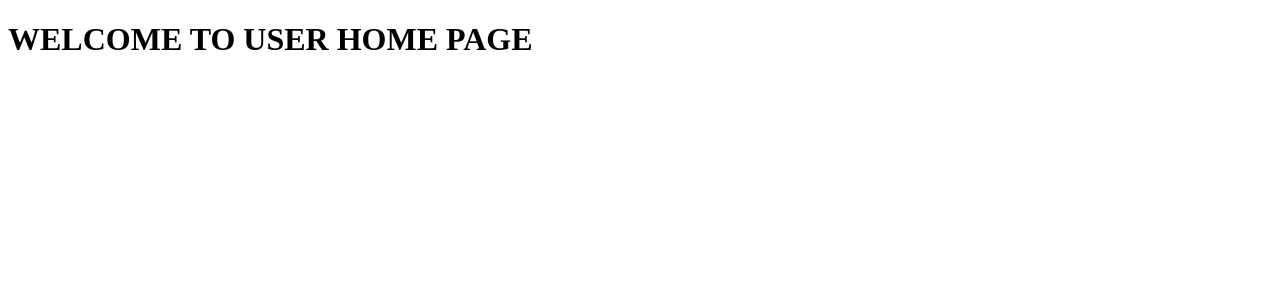
Repository: gajanansp07/Advance_Java_Practice
Page: http://localhost/JDBCCURD/UserHome.jsp
An editor plug-in stored every save of this project. The page is shown before and after the next save, followed by the edit.
The browser window is 1280 px wide. The pictures show the whole page.
The page is served by Tomcat 9.

Above is the page before, as saved 2022-03-16 14:20:20.

### JDBCCURD/src/main/webapp/UserHome.jsp
<%@ page language="java" contentType="text/html; charset=ISO-8859-1"
    pageEncoding="ISO-8859-1"%>
<!DOCTYPE html>
<html>
<head>
<meta charset="ISO-8859-1">
<title>Insert title here</title>
</head>
<body>
	<h1>WELCOME TO USER HOME PAGE</h1>
</body>
</html>

After the next save:
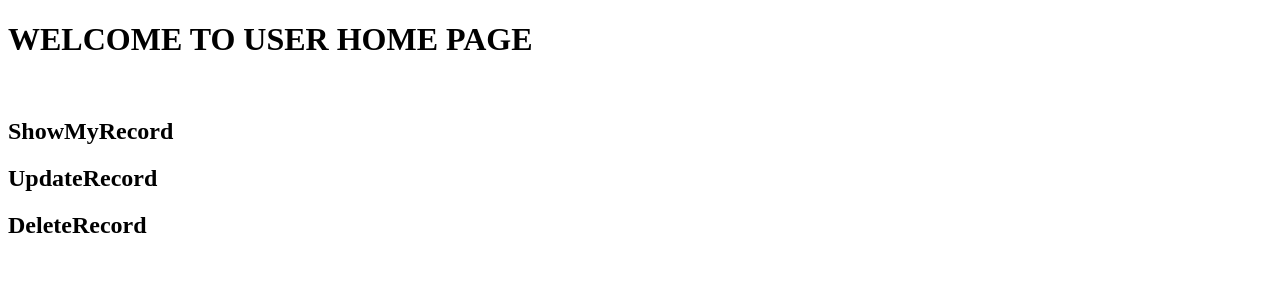
Saved 22 h 0 min later.
--- a/JDBCCURD/src/main/webapp/UserHome.jsp
+++ b/JDBCCURD/src/main/webapp/UserHome.jsp
@@ -8,5 +8,9 @@
 </head>
 <body>
 	<h1>WELCOME TO USER HOME PAGE</h1>
+	<br>
+	<h2><a hrf="ShowMyRecord.jsp">ShowMyRecord</a></h2>
+	<h2><a hrf="UpdateRecord.jsp">UpdateRecord</a></h2>
+	<h2><a hrf="DeleteRecord.jsp">DeleteRecord</a></h2>
 </body>
 </html>
